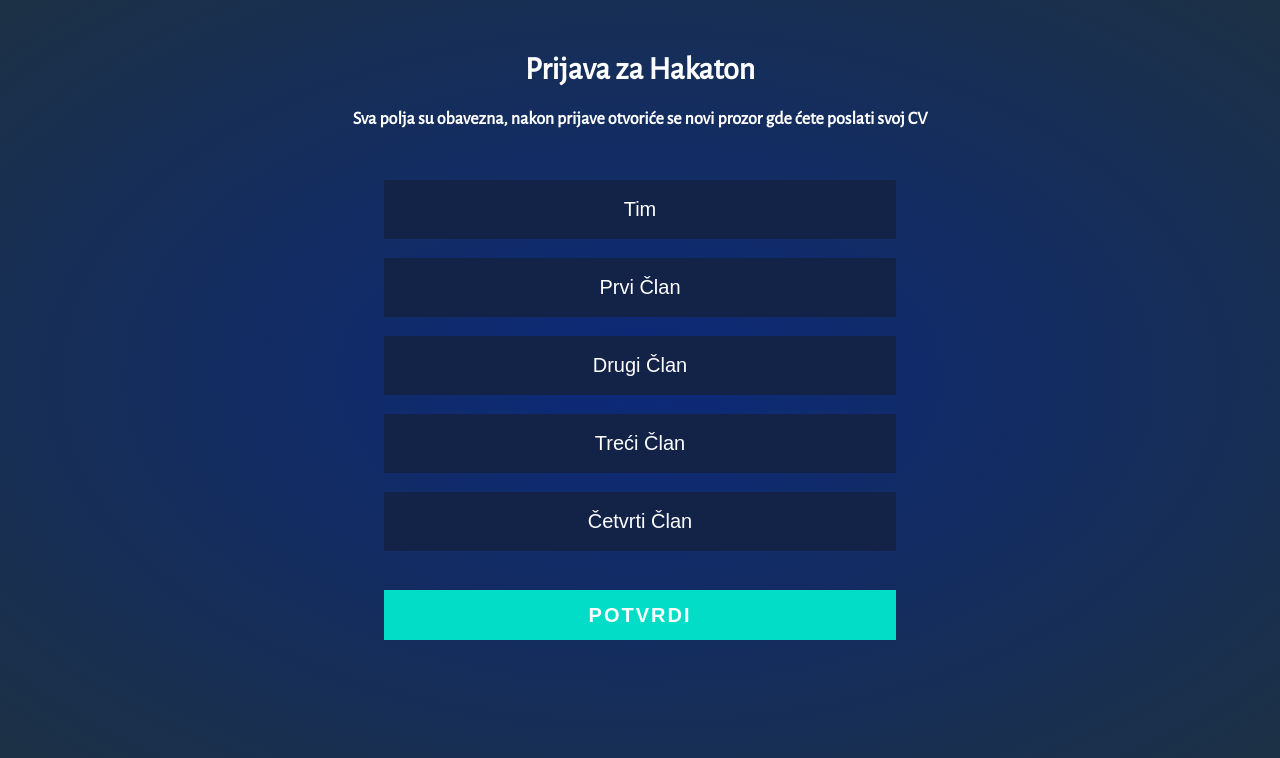
Repository: MilenaPetrovic/fonhakaton2019
Page: prijava/PrijaveHakaton.html
The author's editor kept a copy of each file at every save. The page is drawn from the files as they stood at one save, then again after the next save.
The browser window is 1280 px wide. The pictures show the whole page.
Some web libraries are served in a nearby version.

Above is the page before, as saved 2019-02-19 14:16:45.

### prijava/PrijaveHakaton.html
<!DOCTYPE html>
<html lang="en">
<head>
    <meta charset="UTF-8">
    <meta name="viewport" content="width=device-width, initial-scale=1.0">
    <meta http-equiv="X-UA-Compatible" content="ie=edge">
    <link rel="stylesheet" href="Prijave.css">
    <link href="https://fonts.googleapis.com/css?family=Alegreya+Sans" rel="stylesheet">
    <title>Prijava</title>
</head>
<body>

<h1>Prijava za Hakaton</h1>
<h3>Sva polja su obavezna, nakon prijave otvoriće se novi prozor gde ćete poslati svoj CV</h3>

<form name="submit-to-google-sheet">
    <button type="button" class="collapsible">Tim</button>
    <div class="content">
        <div class="forma">
            <h2>Naziv tima:</h2>
            <input id="tim" name="naziv-tima" type="text" class="form-control" >
            <h2>Kako ste saznali za FON Hakaton?</h2>
            <textarea name="kako-ste-saznali" class="form-control" rows="3"></textarea>
            <h2>Da li ste učestvovali na sličnim takmičenjima? Ukoliko jeste, navedite na kojim i ukratko opišite iskustvo.</h2>
            <textarea name="iskustvo" class="form-control" rows="3"></textarea>
            <h2>Zašto ste se prijavili za FON Hakaton?</h2>
            <textarea name="zasto-ste-se-prijavili" class="form-control" rows="4" ></textarea>
            <h2>Navedite ključnu prednost i manu tima:</h2>
            <textarea name="prednost-mana" class="form-control" rows="3" ></textarea>
        </div>
    </div><br><br>

    <button type="button" class="collapsible">Prvi Član</button>
    <div class="content">
        <div class="forma">
            <h2>Ime i prezime</h2>
            <input id="name" name="ime-prezime1" type="text" class="form-control" >
            <h2>E-mail</h2>
            <input id="email1" name="email1" type="text" class="form-control" >
            <h2>Telefon</h2>
            <input name="telefon1" type="tel" class="form-control" >
            <h2>Fakultet/Srednja škola</h2>
            <input name="faks/skola1" type="text" class="form-control" >
            <h2>Godina studija/razred</h2>
            <input name="godina1" type="number" class="form-control" >
        </div>
    </div><br><br>

    <button type="button" class="collapsible">Drugi Član</button>
    <div class="content">
        <div class="forma">
            <h2>Ime i prezime</h2>
            <input name="ime-prezime2" type="text" class="form-control" >
            <h2>E-mail</h2>
            <input id="email2" name="email2" type="text" class="form-control" >
            <h2>Telefon</h2>
            <input name="telefon2" type="tel" class="form-control" >
            <h2>Fakultet/Srednja škola</h2>
            <input name="faks/skola2" type="text" class="form-control" >
            <h2>Godina studija/razred</h2>
            <input name="godina2" type="number" class="form-control" >
        </div>
    </div><br><br>

    <button type="button" class="collapsible">Treći Član</button>
    <div class="content">
        <div class="forma">
            <h2>Ime i prezime</h2>
            <input name="ime-prezime3" type="text" class="form-control" >
            <h2>E-mail</h2>
            <input id="email3" name="email3" type="email" class="form-control" >
            <h2>Telefon</h2>
            <input name="telefon3" type="tel" class="form-control" >
            <h2>Fakultet/Srednja škola</h2>
            <input name="faks/skola3" type="text" class="form-control" >
            <h2>Godina studija/razred</h2>
            <input name="godina3" type="number" class="form-control" >
        </div>
    </div><br><br>

    <button type="button" class="collapsible">Četvrti Član</button>
    <div class="content">
        <div class="forma">
            <h2>Ime i prezime</h2>
            <input name="ime-prezime4" type="text" class="form-control" >
            <h2>E-mail</h2>
            <input id="email4" name="email4" type="text" class="form-control" >
            <h2>Telefon</h2>
            <input name="telefon4" type="tel" class="form-control" >
            <h2>Fakultet/Srednja škola</h2>
            <input name="faks/skola4" type="text" class="form-control" >
            <h2>Godina studija/razred</h2>
            <input name="godina4" type="number" class="form-control" >
        </div>
    </div><br><br>

    <button id="dugme" type="submit" class="form-control submit" onclick="prijava();">POTVRDI</button>
    <h1 id="potvrda"></h1>
    <br><br>

</form>
<script src="https://code.jquery.com/jquery-2.1.1.min.js"></script>
<script src="PrijaveHakaton.js"></script>
<script>

function potvrda(){
    const scriptURL = 'https://script.google.com/macros/s/AKfycbxgH_Xq8de0HcJXcIGQgc8PqAEDzfhfFnNWLrZrLLU_c_zkAV9A/exec'
	const form = document.forms['submit-to-google-sheet']
	form.addEventListener("submit", e => {
		e.preventDefault()
		fetch(scriptURL, { method: 'POST', body: new FormData(form) })
			.then(response => console.log('Success!', response))
			.catch(error => console.error('Error!', error.message))
	})
}

function prijava(){
    if(document.getElementById("email1").value != '' &&
       document.getElementById("email2").value != '' ){
        potvrda();
        document.getElementById("potvrda").innerHTML ="Uspešno ste se prijavili";
        window.open('https://driveuploader.com/upload/37qMAd4w9h/');
        document.getElementById('dugme').style.display = 'none'
    } else{
        event.preventDefault();
        alert('Popunite sva polja');
    }
}

</script>

</body>
</html>

### prijava/Prijave.css
body{
    margin: 0;
    padding: 0;
    text-align: center;
    background-size: cover;
    background-position: center;
    font-family: 'Alegreya Sans', sans-serif;

    background-image: url(/img/Pozadina-12-12.jpg);
    background-repeat: no-repeat;

    background:
    radial-gradient(
        #0C297A,
        #1C3144
    );
}

textarea {
    resize: none;
    padding-left: 10px;
    padding-right: 10px;
    font-family: 'Alegreya Sans', sans-serif;
}

h1{
    margin-bottom: 20px;
    margin-top: 50px;
    color: #fff;
}

.form-control
{
    width: 600px;
    background: #02ddc74b;
    outline: none;
    border: 1px solid #02ddc8;
    color: #fff;
    font-size: 18px;
}

input
{
    height: 40px;
    padding-left: 10px;
    padding-right: 10px;
}

form .submit
{
    background: #02ddc8;
    border-color: transparent;
    color: #fff;
    font-size: 20px;
    font-weight: bold;
    letter-spacing: 2px;
    height: 50px;
    width: 40%;
    margin-top: 20px;
    margin-bottom: 30px;
}

form .submit:hover
{
    background-color: #01a595;
    cursor: pointer;
    transition: 0.2s;
}

h2 {
    font-size: 20px;
    color: #fff;
}

h3 {
    font-size: 18px;
    color: #fff;
    margin-bottom: 50px;
    margin-left: 20px;
    margin-right: 20px;
}

::placeholder {
    color: #02ddc8;
    font-family: 'Alegreya Sans', sans-serif;
}

.forma {
    width: 625px;
    text-align: left;
    margin: auto;
}

.cv {
    display: inline-block;
    padding: 6px 12px;
    cursor: pointer;
    background: #02ddc74b;
    outline: none;
    border: 1px solid #02ddc8;
    color: #fff;
    font-size: 18px;
}

.collapsible {
    background-color: #132348;
    color: white;
    cursor: pointer;
    padding: 18px;
    width: 40%;
    border: none;
    outline: none;
    font-size: 20px;
  }

.active, .collapsible:hover {
    background-color: #02ddc8;
    transition: 0.3s;
}

.content {
padding: 0 18px;
display: none;
overflow: hidden;
}

@media (max-width: 650px){

.content{
    width: 300px;
    padding: 0%;
    margin: auto;
}

h1{
    font-size: 25px;
}

h2{
    width: 300px;
    font-size: 17px;
}

.form-control, input{
    width: 285px;
    font-size: 15px;
    height: 30px;
    padding: 5px;
}

.collapsible, .submit {
    width: 300px;
    font-size: 17px;
    padding: 10px;;
}

h3{
    font-size: 15px;
}

}

### prijava/PrijaveHakaton.js
$(function () {
	//COLLAPSIBLE

	var coll = document.getElementsByClassName("collapsible");
	var i;
	var l;

	for (i = 0; i < coll.length; i++) {
		coll[i].addEventListener("click", function() {
		this.classList.toggle("active");
		var content = this.nextElementSibling;
		if (content.style.display === "block") {
			content.style.display = "none";
		} else {
			for (l =0 ; l < coll.length; l++){
				var cont = coll[l].nextElementSibling;
				cont.style.display = 'none'
			}
			content.style.display = "block";
		}
		});
	}

});

After the next save:
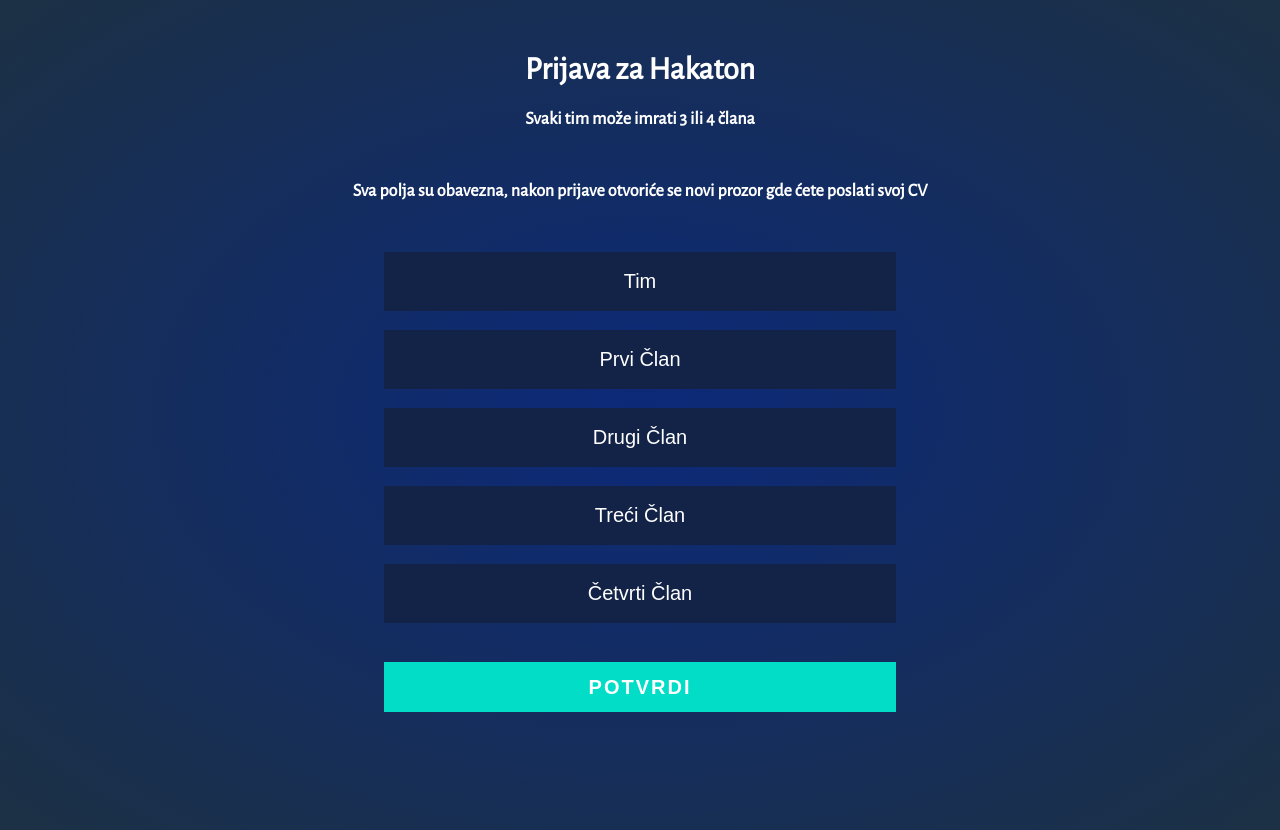
Saved 38 min 56 s later.
--- a/prijava/PrijaveHakaton.html
+++ b/prijava/PrijaveHakaton.html
@@ -11,6 +11,7 @@
 <body>
 
 <h1>Prijava za Hakaton</h1>
+<h3>Svaki tim može imrati 3 ili 4 člana</h3>
 <h3>Sva polja su obavezna, nakon prijave otvoriće se novi prozor gde ćete poslati svoj CV</h3>
 
 <form name="submit-to-google-sheet">
